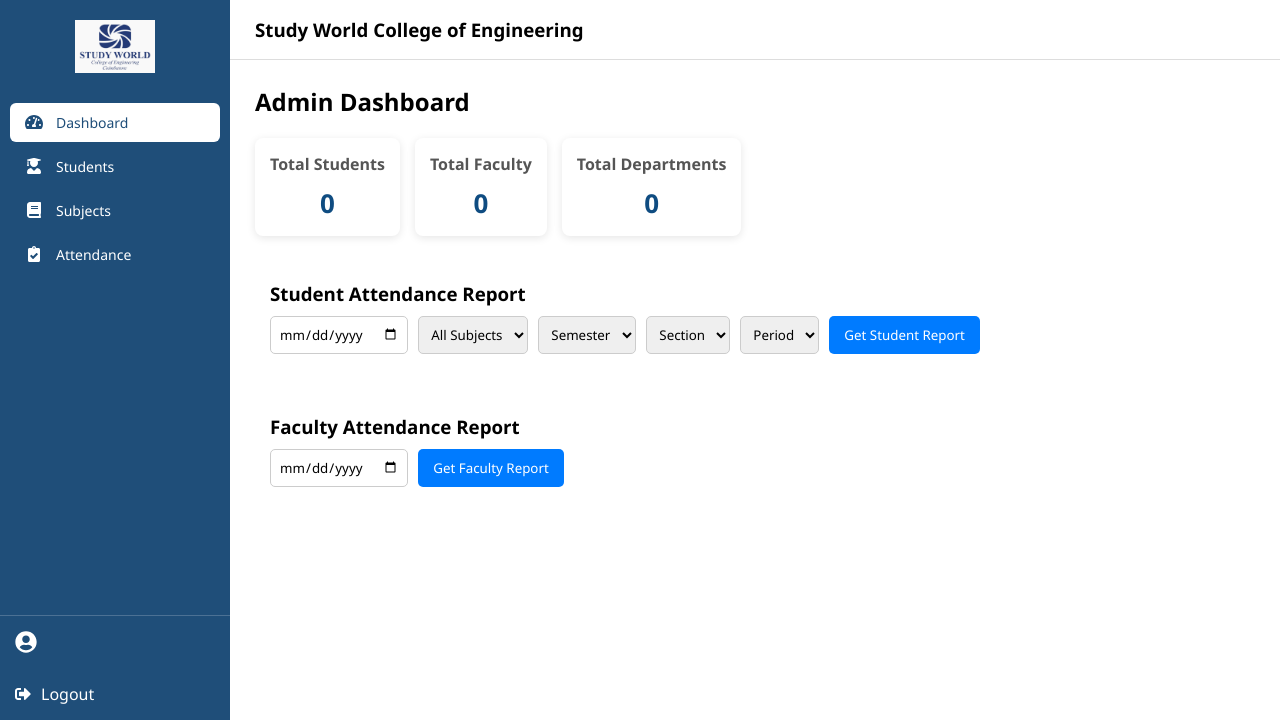
Repository: arthanarieswara/frontend
Page: /dashboard
The author's editor kept a copy of each file at every save. The page is drawn from the files as they stood at one save, then again after the next save.
The browser window is 1280 px wide. The pictures show the whole page.
The page's requests for data from a server got no answer. The project was rebuilt for these pictures with package versions that can differ from the ones it lists, and the page was loaded fresh each time. No one was signed in, and anything a server would have sent is missing. Also part of the build but not shown: vite.config.js, src/pages/auth/Login.jsx, src/pages/departments/Departments.css, src/pages/departments/Departments.jsx, src/pages/students/Students.css, src/pages/students/Students.jsx, src/pages/faculty/Faculty.css, src/pages/faculty/Faculty.jsx and 9 more.

Above is the page before, as saved 2026-04-01 15:26:47.

After the next save:
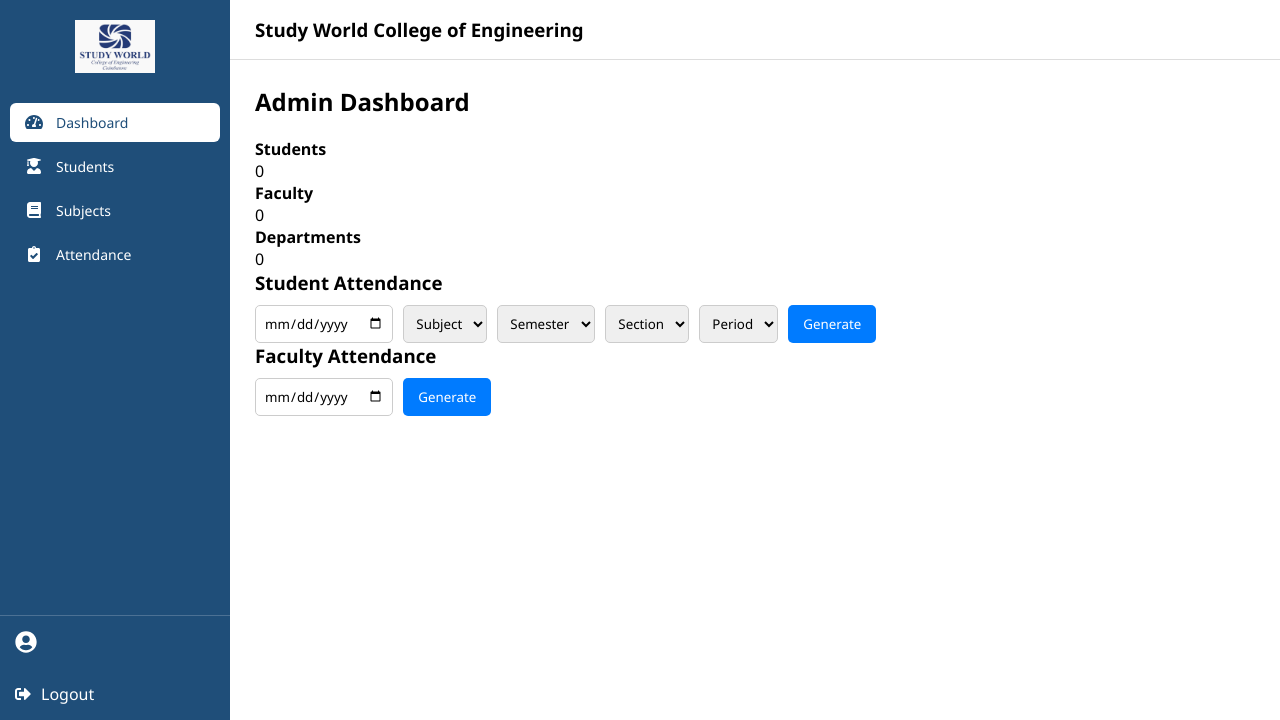
Saved 4 min 16 s later.
--- a/src/pages/dashboard/Dashboard.jsx
+++ b/src/pages/dashboard/Dashboard.jsx
@@ -13,7 +13,7 @@ function Dashboard() {
 
   const [subjects, setSubjects] = useState([]);
 
-  /* ================= STUDENT FILTER ================= */
+  /* ================= STUDENT ================= */
   const [sDate, setSDate] = useState("");
   const [subject, setSubject] = useState("");
   const [semester, setSemester] = useState("");
@@ -21,9 +21,8 @@ function Dashboard() {
   const [period, setPeriod] = useState("");
 
   const [studentSummary, setStudentSummary] = useState(null);
-  const [studentType, setStudentType] = useState("");
-
-  /* ================= FACULTY FILTER ================= */
+
+  /* ================= FACULTY ================= */
   const [fDate, setFDate] = useState("");
   const [facultySummary, setFacultySummary] = useState([]);
   const [facultyTotal, setFacultyTotal] = useState(0);
@@ -56,9 +55,7 @@ function Dashboard() {
     if (section) url += `&section=${section}`;
 
     const res = await api.get(url);
-
     setStudentSummary(res.data);
-    setStudentType(res.data.type);
   };
 
   /* ================= FACULTY REPORT ================= */
@@ -78,33 +75,33 @@ function Dashboard() {
     <Layout>
       <div className="dashboard">
 
-        <h2>Admin Dashboard</h2>
-
-        {/* ================= CARDS ================= */}
-        <div className="cards">
-          <div className="card">
-            <h3>Total Students</h3>
+        <h2 className="dashboard-title">Admin Dashboard</h2>
+
+        {/* ================= STATS ================= */}
+        <div className="stats-grid">
+
+          <div className="stat-card">
+            <h4>Students</h4>
             <p>{data.students}</p>
           </div>
 
-          <div className="card">
-            <h3>Total Faculty</h3>
+          <div className="stat-card">
+            <h4>Faculty</h4>
             <p>{data.faculty}</p>
           </div>
 
-          <div className="card">
-            <h3>Total Departments</h3>
+          <div className="stat-card">
+            <h4>Departments</h4>
             <p>{data.departments}</p>
           </div>
+
         </div>
 
-        {/* ===================================================== */}
-        {/* 🧑‍🎓 STUDENT ATTENDANCE SECTION */}
-        {/* ===================================================== */}
-
-        <div className="attendance-filter-section">
-
-          <h3>Student Attendance Report</h3>
+        {/* ================= STUDENT SECTION ================= */}
+
+        <div className="section-card">
+
+          <h3>Student Attendance</h3>
 
           <div className="filters">
 
@@ -115,7 +112,7 @@ function Dashboard() {
             />
 
             <select value={subject} onChange={(e) => setSubject(e.target.value)}>
-              <option value="">All Subjects</option>
+              <option value="">Subject</option>
               {subjects.map((s) => (
                 <option key={s.id} value={s.id}>{s.name}</option>
               ))}
@@ -142,38 +139,40 @@ function Dashboard() {
             </select>
 
             <button onClick={getStudentReport}>
-              Get Student Report
+              Generate
             </button>
 
           </div>
+
+          {/* STUDENT RESULT */}
+          {studentSummary && (
+            <div className="report-grid">
+
+              <div className="report-card present">
+                <h4>Present</h4>
+                <p>{studentSummary?.data?.present_count}</p>
+              </div>
+
+              <div className="report-card absent">
+                <h4>Absent</h4>
+                <p>{studentSummary?.data?.absent_count}</p>
+              </div>
+
+              <div className="report-card total">
+                <h4>Total</h4>
+                <p>{studentSummary?.data?.total_students}</p>
+              </div>
+
+            </div>
+          )}
+
         </div>
 
-        {/* STUDENT RESULT */}
-
-        {studentSummary && studentType === "single" && (
-          <div className="cards">
-            <div className="card">
-              <h3>Present</h3>
-              <p>{studentSummary.data.present_count}</p>
-            </div>
-            <div className="card">
-              <h3>Absent</h3>
-              <p>{studentSummary.data.absent_count}</p>
-            </div>
-            <div className="card">
-              <h3>Total</h3>
-              <p>{studentSummary.data.total_students}</p>
-            </div>
-          </div>
-        )}
-
-        {/* ===================================================== */}
-        {/* 👨‍🏫 FACULTY ATTENDANCE SECTION */}
-        {/* ===================================================== */}
-
-        <div className="attendance-filter-section">
-
-          <h3>Faculty Attendance Report</h3>
+        {/* ================= FACULTY SECTION ================= */}
+
+        <div className="section-card">
+
+          <h3>Faculty Attendance</h3>
 
           <div className="filters">
 
@@ -184,33 +183,31 @@ function Dashboard() {
             />
 
             <button onClick={getFacultyReport}>
-              Get Faculty Report
+              Generate
             </button>
 
           </div>
-        </div>
-
-        {/* FACULTY RESULT */}
-
-        {facultySummary.length > 0 && (
-          <div className="report-section">
-
-            <div className="cards">
-              {facultySummary.map((f, index) => (
-                <div className="card" key={index}>
+
+          {/* FACULTY RESULT */}
+          {facultySummary.length > 0 && (
+            <div className="report-grid">
+
+              {facultySummary.map((f, i) => (
+                <div className="report-card" key={i}>
                   <h4>{f.status}</h4>
                   <p>{f.count}</p>
                 </div>
               ))}
 
-              <div className="card total">
+              <div className="report-card total">
                 <h4>Total</h4>
                 <p>{facultyTotal}</p>
               </div>
+
             </div>
-
-          </div>
-        )}
+          )}
+
+        </div>
 
       </div>
     </Layout>
